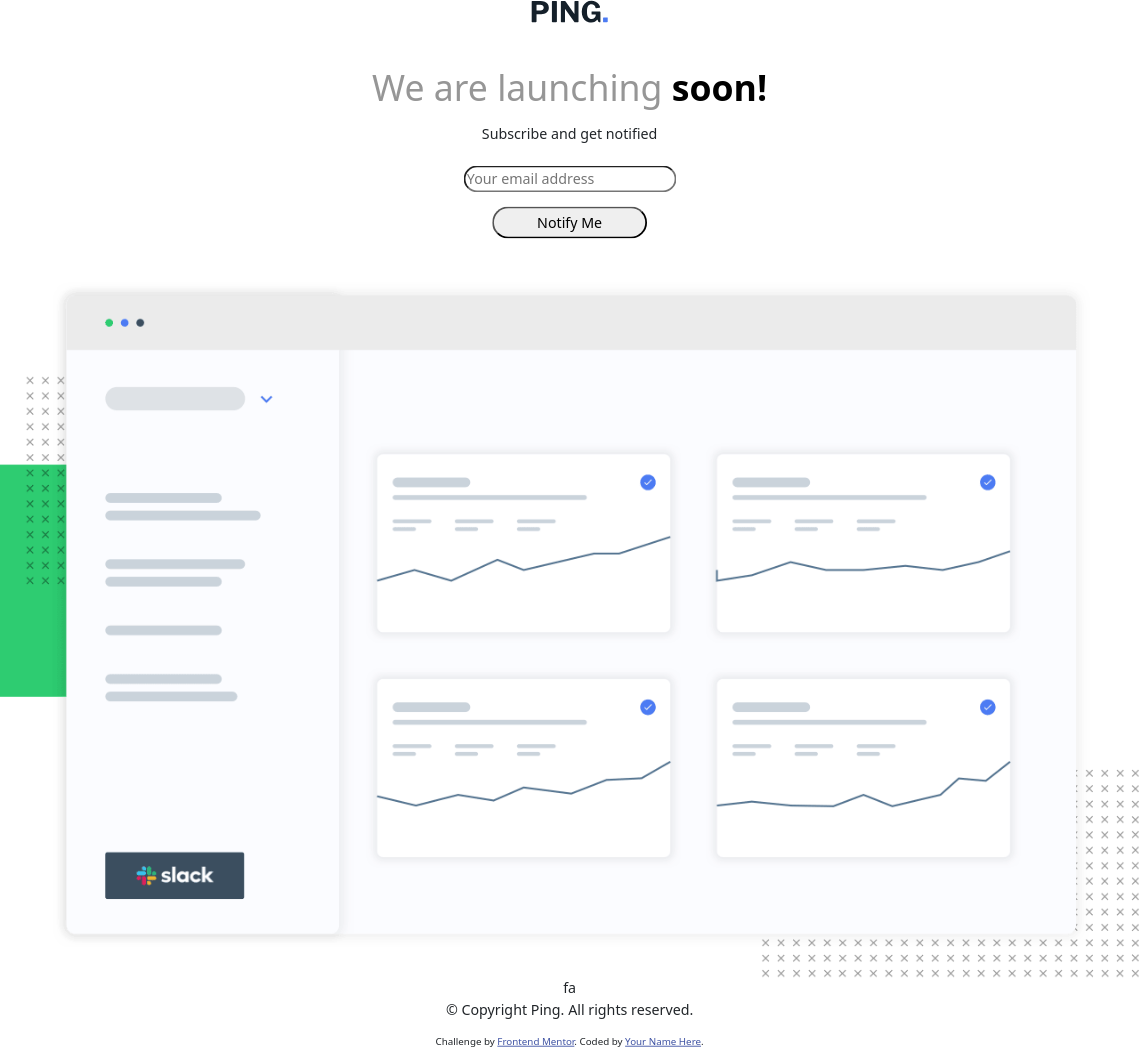
Repository: blordeus/ping-coming-soon-page-master
Page: index.html
These files come from the project's save history. The page is drawn as it stood at one moment and after a run of saves; the edit follows.
The browser window is 1280 px wide. The pictures show the whole page, at 89% of full size.
The style sheet was rebuilt from its Sass, Less or Tailwind sources for each picture, by a compiler version that may differ from the author's.

Above is the page before, as saved 2023-08-31 11:22:58.

After the next 2 saves:
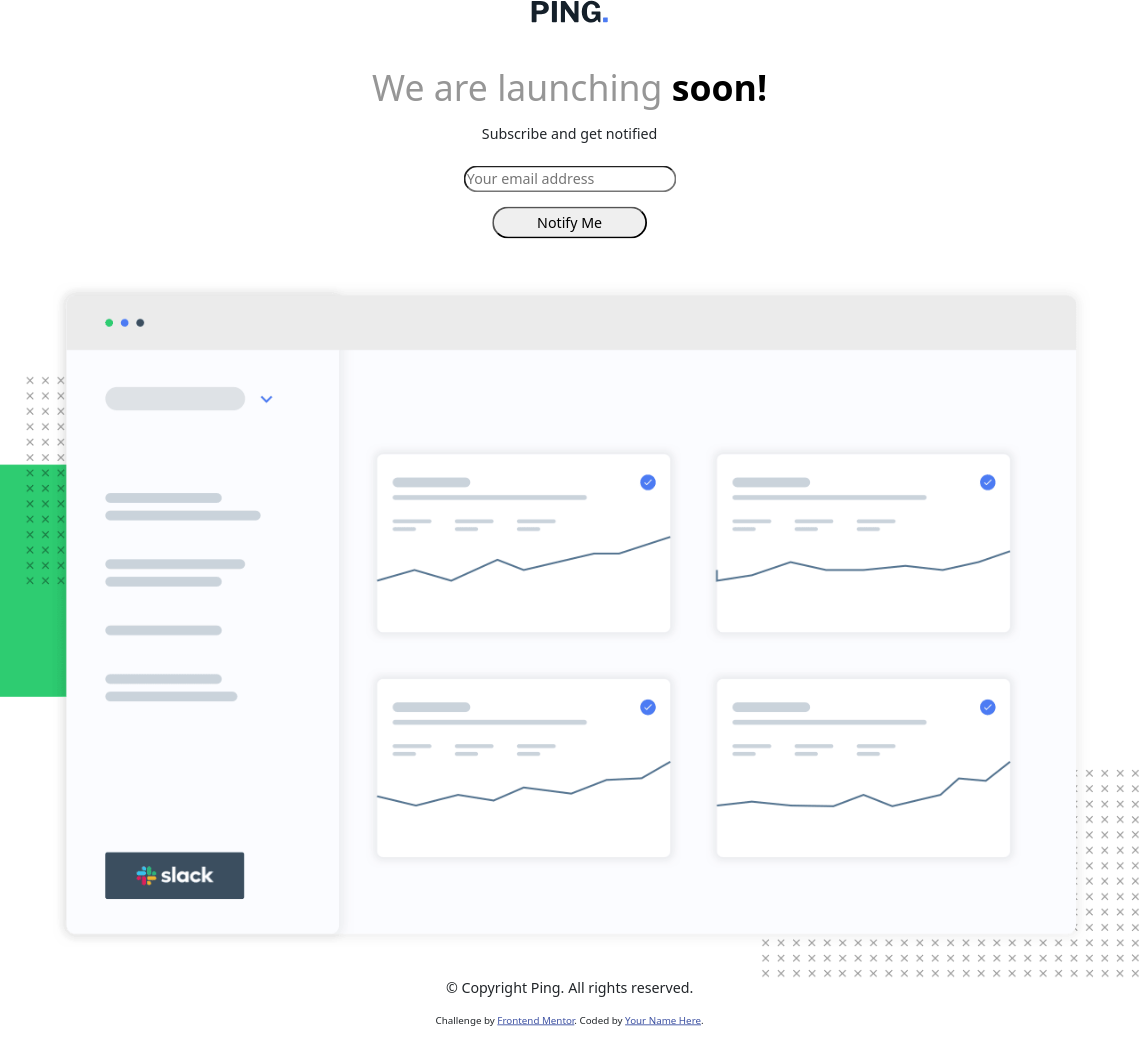
The 2 saves are shown as one change because they came seconds apart.
The last was saved 6 s later.
--- a/index.html
+++ b/index.html
@@ -28,7 +28,7 @@
     <img src="./images/illustration-dashboard.png" alt="dashboard">
 
     <div>
-      fa
+      <i class="fa fa-facebook" aria-hidden="true"></i>
     </div>
 
     <p>&copy; Copyright Ping. All rights reserved.</p>

After the 2 saves that followed:
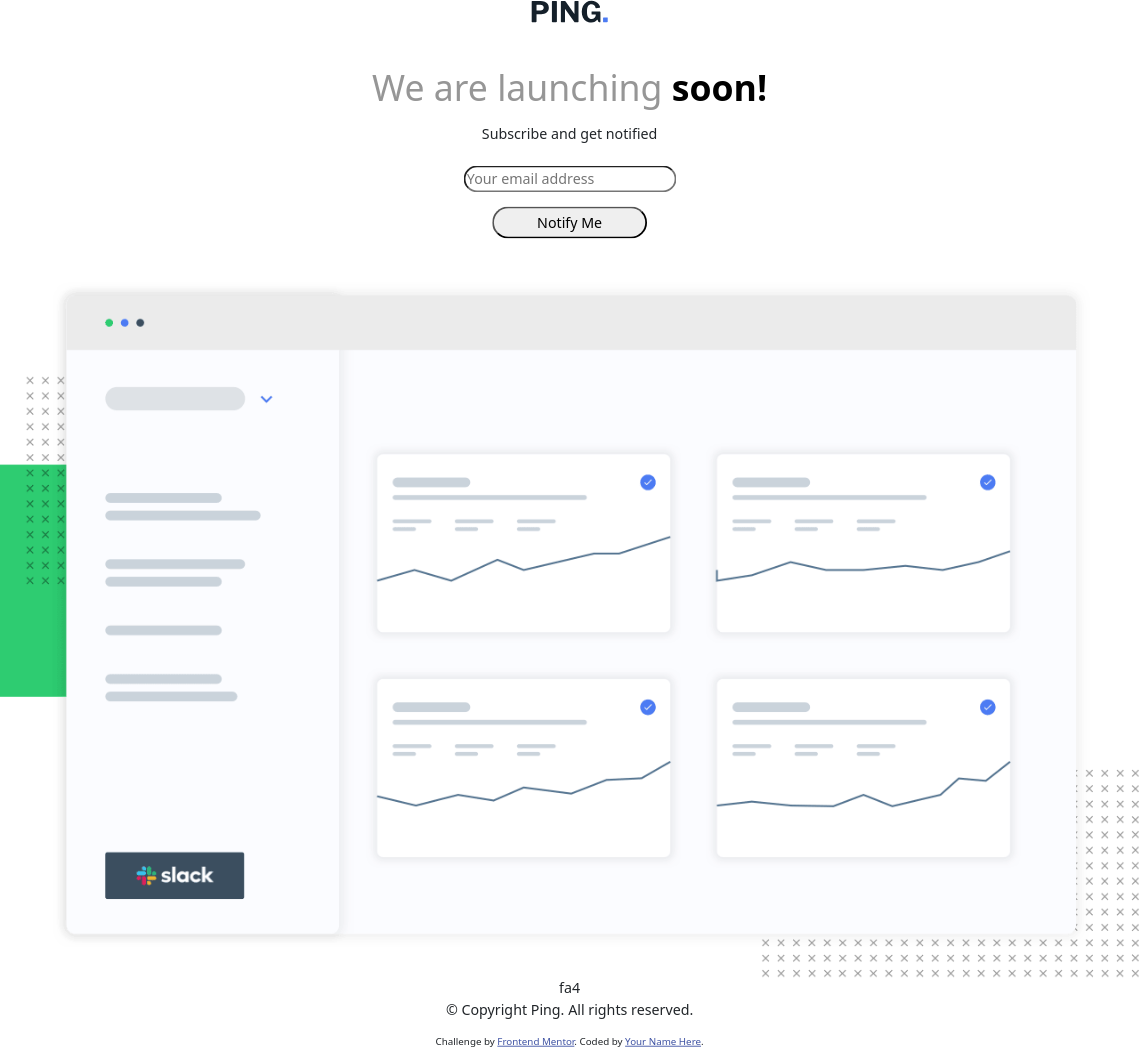
The 2 saves are shown as one change because they came seconds apart.
The last was saved 11 s later.
--- a/index.html
+++ b/index.html
@@ -29,6 +29,7 @@
 
     <div>
       <i class="fa fa-facebook" aria-hidden="true"></i>
+      fa4
     </div>
 
     <p>&copy; Copyright Ping. All rights reserved.</p>
